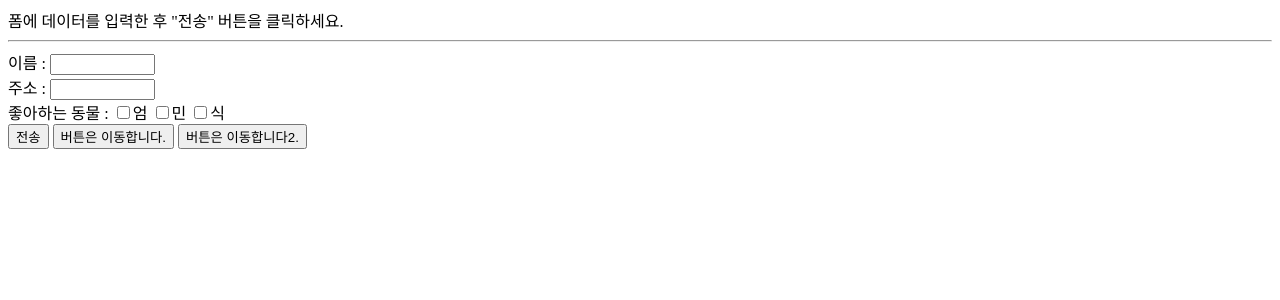
Repository: eParkjongtaek/lovedisket
Page: http://localhost/KH18_1/0905/12makeTestForm.jsp
An editor plug-in stored every save of this project. The page is shown before and after the next save, followed by the edit.
The browser window is 1280 px wide. The pictures show the whole page.
The page is served by Tomcat 9.

Above is the page before, as saved 2017-09-05 06:07:41.

After the next save:
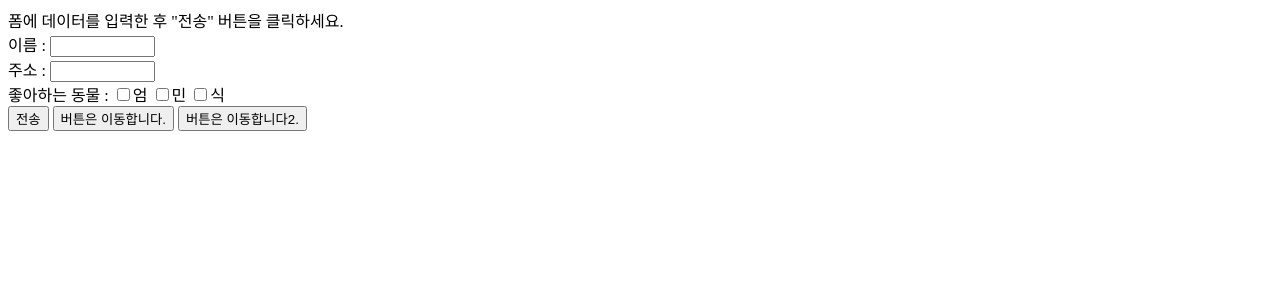
Saved 9 s later.
--- a/source/KH18_1/WebContent/0905/12makeTestForm.jsp
+++ b/source/KH18_1/WebContent/0905/12makeTestForm.jsp
@@ -25,7 +25,7 @@
 	<body>
 		폼에 데이터를 입력한 후 "전송" 버튼을 클릭하세요.
 		<form id="form1" action="./13viewParameter.jsp" method="post">
-			<hr>이름</hr> : <input type="text" name="name" size="10"><br/>
+			<id="test1">이름</div> : <input type="text" name="name" size="10"><br/>
 			주소 : <input type="text" name="address" size="10"><br/>
 			좋아하는 동물 :
 				<input type="checkbox" name="pet" value="엄자바">엄
